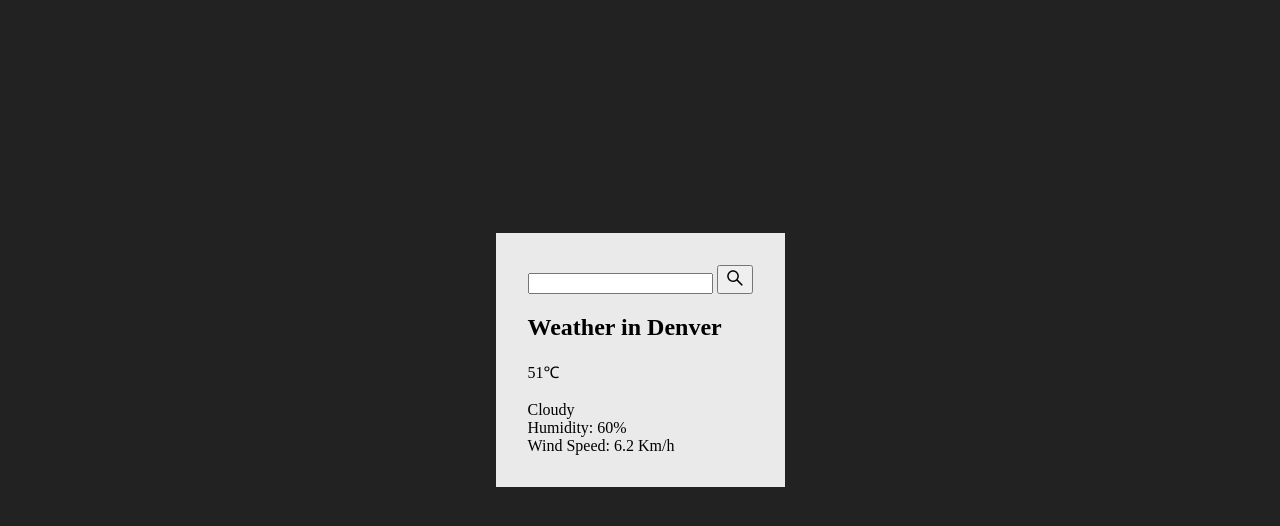
Repository: pin-seavmuy/JavaScript
Page: index.html
These files come from the project's save history. The page is drawn as it stood at one moment and after the next save; the edit follows.
The browser window is 1280 px wide. The pictures show the whole page.

Above is the page before, as saved 2024-04-21 22:54:36.

After the next save:
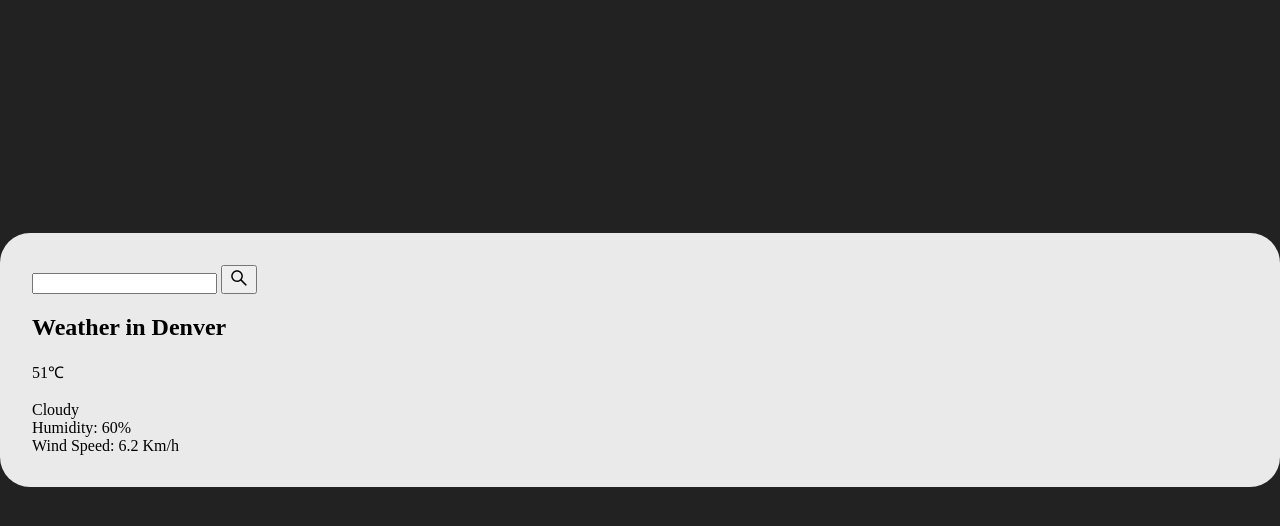
Saved 9 s later.
--- a/style.css
+++ b/style.css
@@ -9,5 +9,6 @@ body {
 .card {
     background-color: #eaeaea;
     padding: 2em;
-    border-radius: ;
+    border-radius: 30px;
+    width: 100%;
 }
